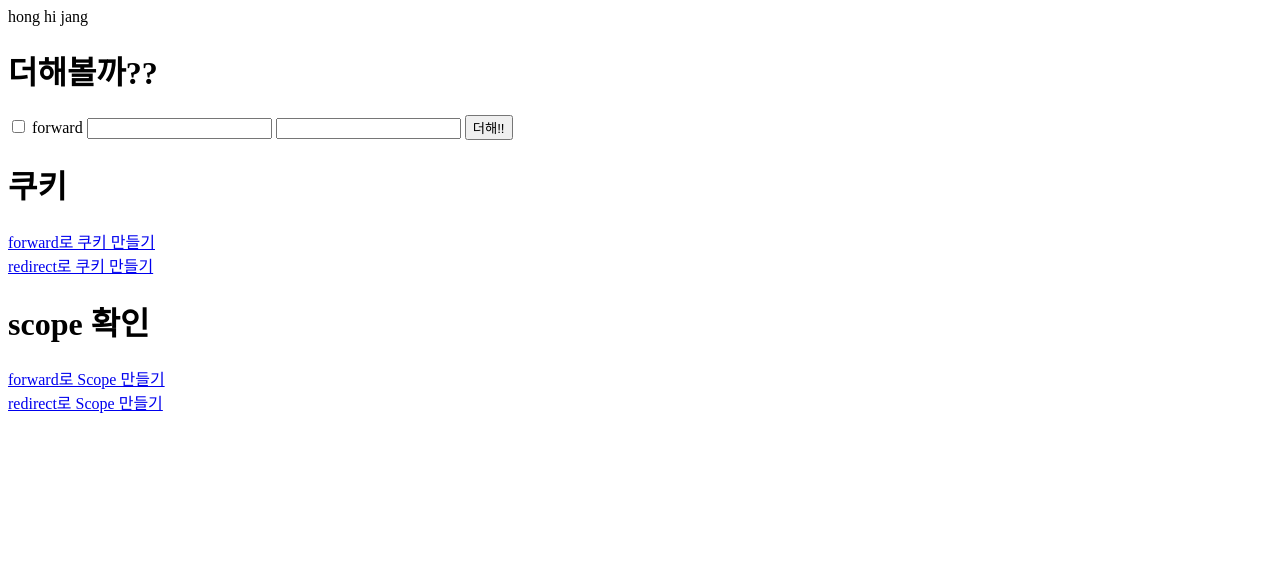
Repository: bgmun01/woorifisa_java
Page: http://localhost/web_day3/
These files come from the project's save history. The page is drawn as it stood at one moment and after the next save; the edit follows.
The browser window is 1280 px wide. The pictures show the whole page.
The page is served by Tomcat 9. Nobody is signed in. The application's start-up code is not run. Other server files are loaded and not shown.

Above is the page before, as saved 2023-06-19 02:03:23.

### web_day3/src/main/webapp/index.jsp
<%@ page language="java" contentType="text/html; charset=UTF-8"
    pageEncoding="UTF-8"%>
<!DOCTYPE html>
<html>
<head>
<meta charset="UTF-8">
<title>Insert title here</title>
</head>
<body>
	<%
	// scriptlet : _jsp service의 local 영역 !! 로컬변수 선언을 쓸 수 있다?
		String name = "hong";
	//	request. //이미 만들어져 있어서 사용할 수 있다.
	%>
	<!--  expression -->
	<%-- jsp 주석을 클라이언트에 보내지 않음 따라서 jsp 주석을 사용해야함 해야 html에 남아있지 않음 --%>
	<%=name %>

	<%!
	// <%! - declaration tag : member 변수, 메서드 구성 클래스영역
		public String hi(String name){
		return "hi " +name;
	}
	%>
	<%=hi("jang") %>

	<h1>더해볼까??</h1>
	<form action = "/web_day3/Add" method="get">
		<input type = "checkbox" name = "type" value = "forward" id = "type">
		<label for = "type"> forward </label>
		<input name = "num1" type="text">
		<input name = "num2" type="text">
		<input type = "submit" value="더해!!">
 	</form>

	<h1>쿠키</h1>
	<a href="/web_day3/CookieMaker?type=forward">forward로 쿠키 만들기</a><br>
	<a href="/web_day3/CookieMaker?type=redirect?">redirect로 쿠키 만들기</a><br>


	<h1>scope 확인</h1>
	<a href="/web_day3/FirstServlet?type=forward">forward로 Scope 만들기</a><br>
	<a href="/web_day3/FirstServlet?type=redirect?">redirect로 Scope 만들기</a><br>

</body>
</html>

After the next save:
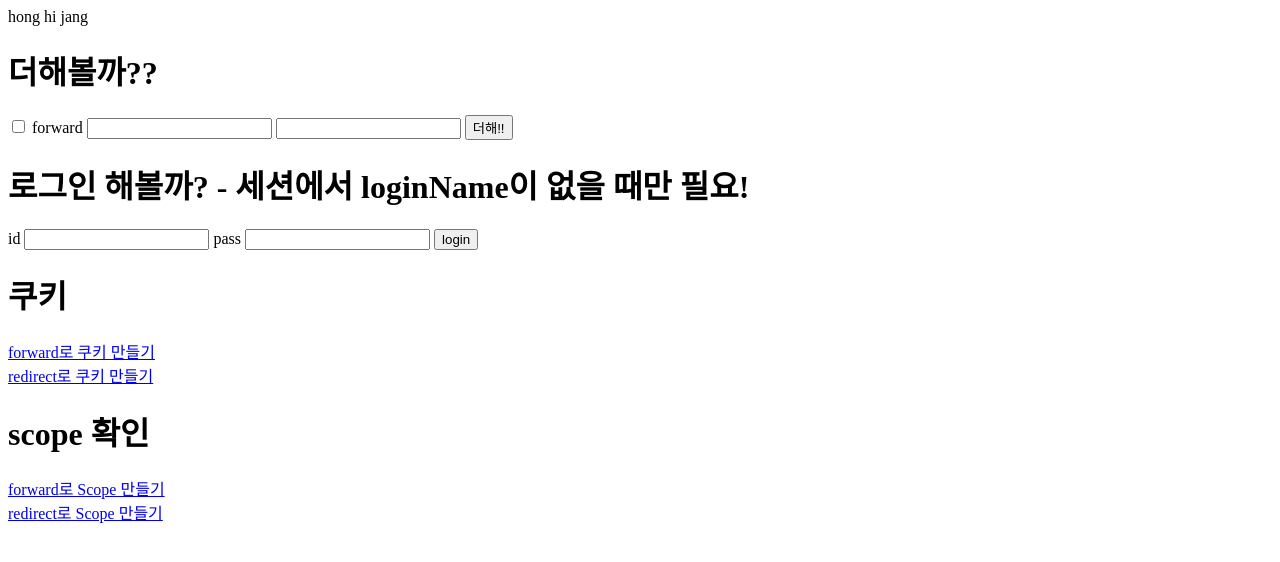
Saved 119 s later.
--- a/web_day3/src/main/webapp/index.jsp
+++ b/web_day3/src/main/webapp/index.jsp
@@ -33,6 +33,30 @@
 		<input type = "submit" value="더해!!">
  	</form>
 
+<%
+      if(session.getAttribute("loginName") == null) {
+   %>
+   <h1>로그인 해볼까? - 세션에서 loginName이 없을 때만 필요!</h1>
+   <form action="/web_day3/login" method="post">
+      <label for="type">id</label>
+      <input type="text" name="id">
+      <label for="type">pass</label>
+      <input type="password" name="pass">
+      <input type="submit" value="login">
+   </form>
+   <%
+    } else {
+    %>
+    <%= session.getAttribute("loginName") %>
+    님 반갑습니다.
+    <%
+    }%>
+
+
+
+
+
+
 	<h1>쿠키</h1>
 	<a href="/web_day3/CookieMaker?type=forward">forward로 쿠키 만들기</a><br>
 	<a href="/web_day3/CookieMaker?type=redirect?">redirect로 쿠키 만들기</a><br>
